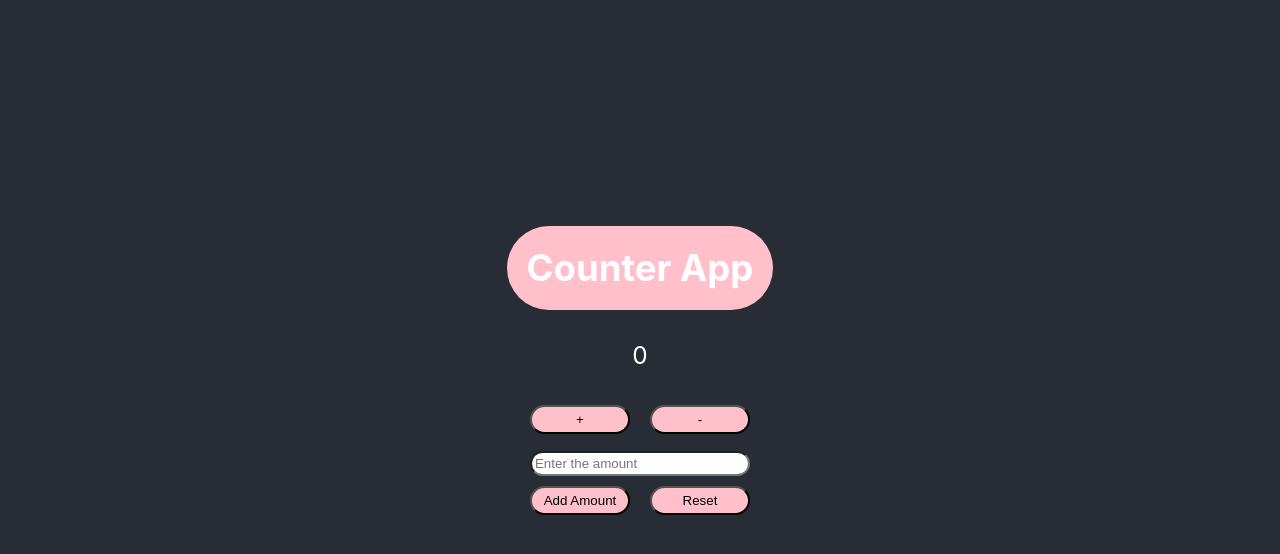
Repository: mahsa199170/React-Redux-Projects
Page: / (app in counter-app-redux-toolkit/)
These files come from the project's save history. The page is drawn as it stood at one moment and after a run of saves; the edit follows.
The browser window is 1280 px wide. The pictures show the whole page.
The project was rebuilt for these pictures with package versions that can differ from the ones it lists, and the page was loaded fresh each time.

Above is the page before, as saved 2024-10-28 15:27:26.

### counter-app-redux-toolkit/src/index.js
import React from 'react';
import ReactDOM from 'react-dom/client';
import './index.css';
import App from './App';
import { Provider } from 'react-redux';
import store from './store';

const root = ReactDOM.createRoot(document.getElementById('root'));
root.render(
  <React.StrictMode>
    <Provider store={store}>
      <App />
    </Provider>
  </React.StrictMode>
);

### counter-app-redux-toolkit/src/App.js
import './App.css';
import Counter from './components/counter/Counter';

function App() {
  return (
    <div className="App">
      <header className="App-header">
        <Counter />
      </header>
    </div>
  );
}

export default App;

### counter-app-redux-toolkit/src/store.js
import { configureStore, combineReducers } from '@reduxjs/toolkit';
import countReducer from './slice/counterSlice';

const rootReducer = combineReducers({
  counter: countReducer,
});

const store = configureStore({
  reducer: rootReducer,
});

export default store;

### counter-app-redux-toolkit/src/components/counter/Counter.js
import React, { useState } from 'react';
import { useDispatch, useSelector } from 'react-redux';
import {
  countSelector,
  DECREMENT_BY_ONE,
  INCREMENET_BY_ONE,
  INCREMENT_BY_AN_AMOUNT,
  RESET_AMOUNT,
} from '../../slice/counterSlice';
import './Counter.scss';

const Counter = () => {
  const [inputNumber, setInputNumber] = useState('');
  const number = useSelector(countSelector);

  const dispatch = useDispatch();

  const handleIncrement = () => {
    dispatch(INCREMENET_BY_ONE());
  };
  const handleDecrement = () => {
    dispatch(DECREMENT_BY_ONE());
  };

  const addAmount = () => {
    dispatch(INCREMENT_BY_AN_AMOUNT(Number(inputNumber) || 0));
    setInputNumber('');
  };

  const handleReset = () => {
    setInputNumber('');
    dispatch(RESET_AMOUNT());
  };

  return (
    <section>
      <h2
        style={{
          backgroundColor: 'pink ',
          borderRadius: '50px',
          padding: '20px',
        }}
      >
        Counter App
      </h2>
      <p>{number}</p>
      <div>
        <button className="btn" onClick={handleIncrement}>
          +
        </button>
        <button className="btn" onClick={handleDecrement}>
          -
        </button>
      </div>
      <div>
        <input
          type="text"
          placeholder="Enter the amount"
          value={inputNumber}
          onChange={(e) => setInputNumber(e.target.value)}
        />
      </div>
      <div>
        <button className="btn btn-dowm" onClick={addAmount}>
          Add Amount
        </button>
        <button className="btn btn-dowm" onClick={handleReset}>
          Reset{' '}
        </button>
      </div>
    </section>
  );
};

export default Counter;

### counter-app-redux-toolkit/src/slice/counterSlice.js
import { createSlice } from '@reduxjs/toolkit';

const initialState = {
  count: 0,
};

const counterSlice = createSlice({
  name: 'counter',
  initialState,
  reducers: {
    INCREMENET_BY_ONE: (state, action) => {
      state.count += 1;
    },
    DECREMENT_BY_ONE: (state, action) => {
      state.count -= 1;
    },
    INCREMENT_BY_AN_AMOUNT: (state, action) => {
      state.count += action.payload;
    },
    RESET_AMOUNT: (state, action) => {
      state.count = 0;
    },
  },
});

export const countSelector = (state) => state.counter.count;
export const {
  INCREMENET_BY_ONE,
  DECREMENT_BY_ONE,
  INCREMENT_BY_AN_AMOUNT,
  RESET_AMOUNT,
} = counterSlice.actions;

export default counterSlice.reducer;

### counter-app-redux-toolkit/src/components/counter/Counter.scss
.btn {
  background-color: pink;
  padding: 5px;
  margin: 10px;
  width: 100px;
  border-radius: 50px;
}

input {
  width: 210px;
  border-radius: 50px;
  padding: 3px;
}

.btn-down {
  margin-top: 10px !important;
}

Loaded but not shown: counter-app-redux-toolkit/public/index.html (common file); counter-app-redux-toolkit/src/index.css (common file); counter-app-redux-toolkit/src/App.css (common file)

After the next 2 saves:
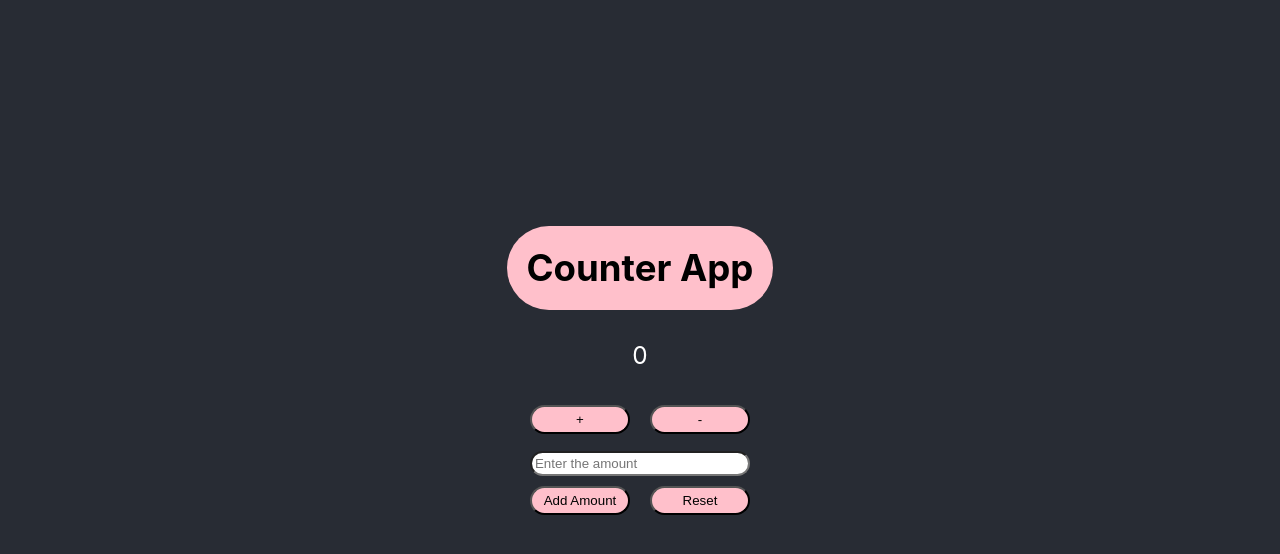
The 2 saves are shown as one change because they came seconds apart.
The last was saved 30 s later.
--- a/counter-app-redux-toolkit/src/components/counter/Counter.js
+++ b/counter-app-redux-toolkit/src/components/counter/Counter.js
@@ -36,6 +36,7 @@ const Counter = () => {
     <section>
       <h2
         style={{
+          color: 'black',
           backgroundColor: 'pink ',
           borderRadius: '50px',
           padding: '20px',
